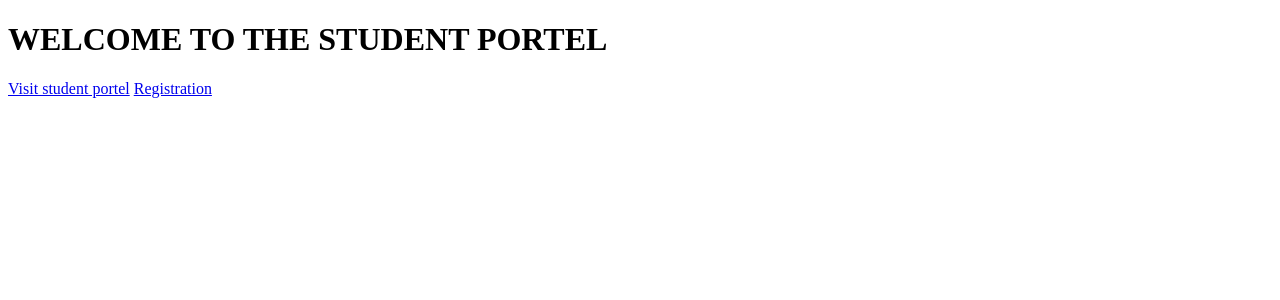
Repository: Yemili/springboot_application
Page: workspace/student/src/main/resources/static/index.html
These files come from the project's save history. The page is drawn as it stood at one moment and after the next save; the edit follows.
The browser window is 1280 px wide. The pictures show the whole page.

Above is the page before, as saved 2024-10-03 06:44:35.

After the next save:
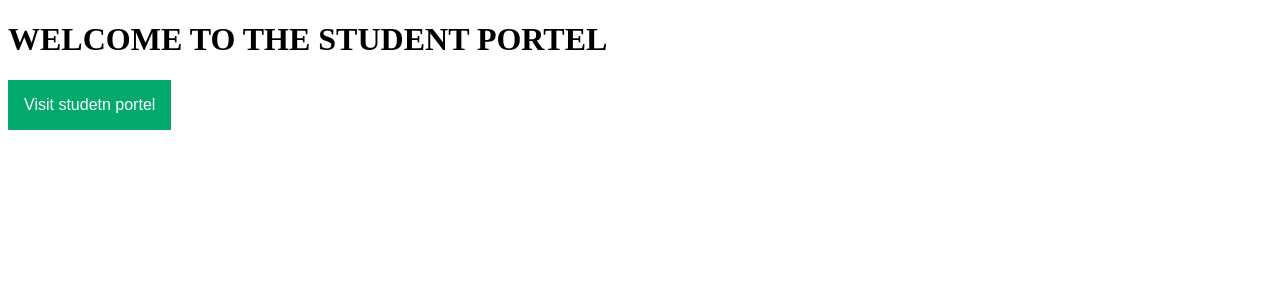
Saved 3 min 19 s later.
--- a/workspace/student/src/main/resources/static/index.html
+++ b/workspace/student/src/main/resources/static/index.html
@@ -4,15 +4,54 @@
     <meta charset="UTF-8">
     <meta name="viewport" content="width=device-width, initial-scale=1.0">
     <title>registration form</title>
+    <style>
+.dropbtn {
+  background-color: #04AA6D;
+  color: white;
+  padding: 16px;
+  font-size: 16px;
+  border: none;
+}
+
+.dropdown {
+  position: relative;
+  display: inline-block;
+}
+
+.dropdown-content {
+  display: none;
+  position: absolute;
+  background-color: #f1f1f1;
+  min-width: 160px;
+  box-shadow: 0px 8px 16px 0px rgba(0,0,0,0.2);
+  z-index: 1;
+}
+
+.dropdown-content a {
+  color: black;
+  padding: 12px 16px;
+  text-decoration: none;
+  display: block;
+}
+
+.dropdown-content a:hover {background-color: #ddd;}
+
+.dropdown:hover .dropdown-content {display: block;}
+
+.dropdown:hover .dropbtn {background-color: #3e8e41;}
+</style>
 </head>
 <body>
     <h1>WELCOME TO THE STUDENT PORTEL</h1>
+
+
     <div class="dropdown">
-   		 <a href=" ">Visit student portel</a>
+  <button class="dropbtn">Visit studetn portel</button>
+  <div class="dropdown-content">
+    <a href="#">Registration</a>
 
-   		 		<a href=" ">Registration</a>
   </div>
-
+</div>
 
 </body>
 </html>
